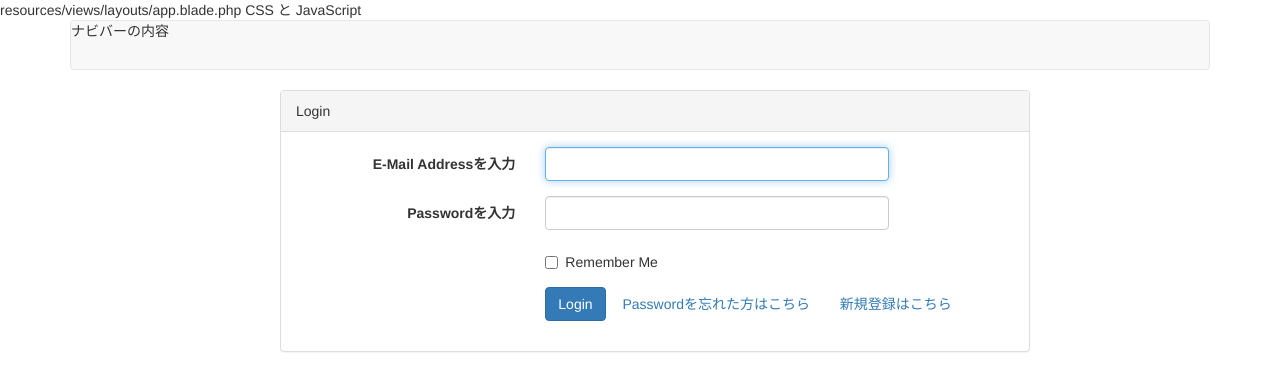
Repository: inukaihiroyuki/REOS
Page: http://localhost/login
The author's editor kept a record of every edit. The page is drawn from the files as they stood at one moment, then again after the next edit.
The browser window is 1280 px wide. The pictures show the whole page.
The page is served by the project's Laravel application, run on PHP 8.4 with Laravel 8.

Above is the page before.

After the next edit:
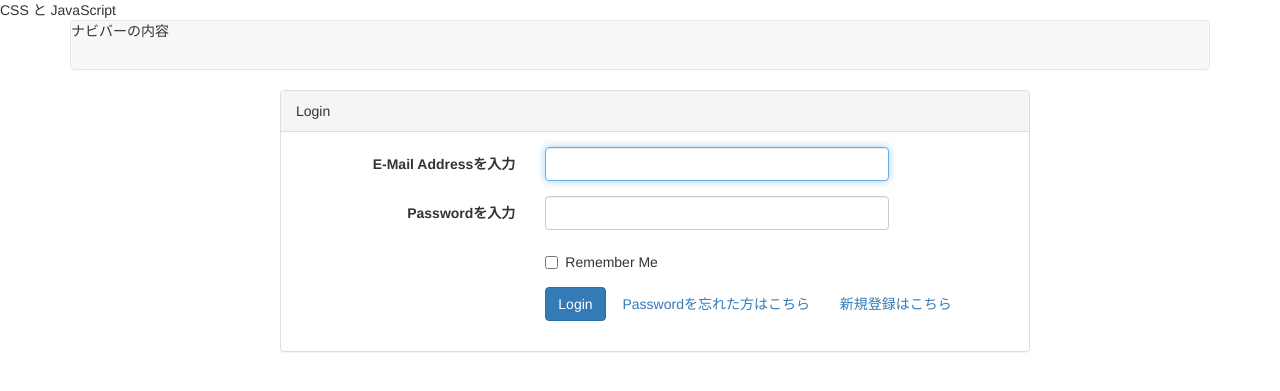
The edit:
--- a/cms/resources/views/layouts/app.blade.php
+++ b/cms/resources/views/layouts/app.blade.php
@@ -1,4 +1,4 @@
- resources/views/layouts/app.blade.php
+ <!--resources/views/layouts/app.blade.php -->
 <!DOCTYPE html>
 <html lang="ja">
 <head>
